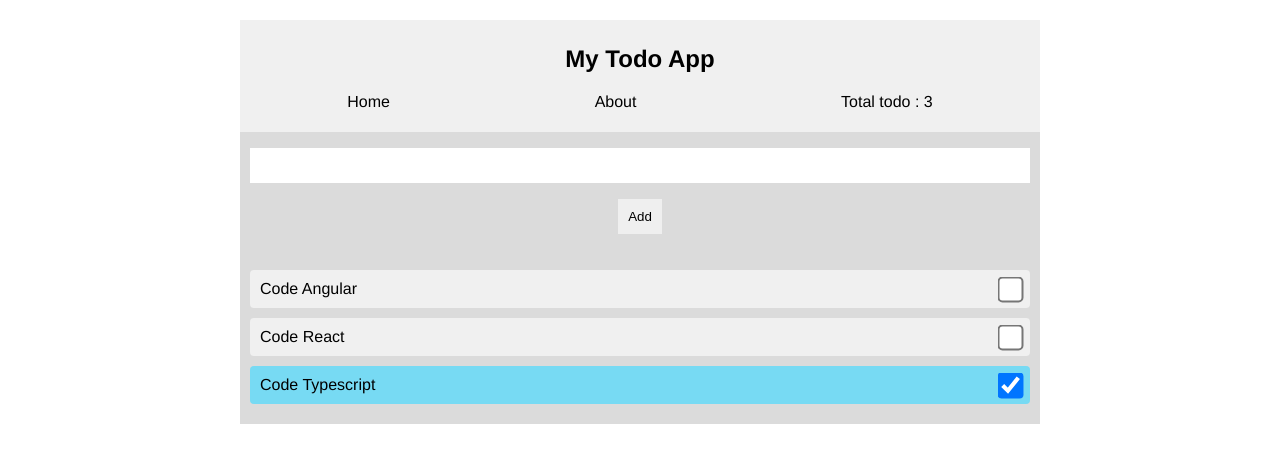
Repository: DTien93/Todo-Typescript
Page: / (app in my-app/)
The author's editor kept a copy of each file at every save. The page is drawn from the files as they stood at one save, then again after a run of saves.
The browser window is 1280 px wide. The pictures show the whole page.
The project was rebuilt for these pictures with package versions that can differ from the ones it lists, and the page was loaded fresh each time. Imported but missing from the stored project, and not drawn on this page: my-app/src/serviceWorker.

Above is the page before, as saved 2021-10-16 22:55:40.

### my-app/src/index.tsx
import React from 'react';
import ReactDOM from 'react-dom';
import './index.css';
import App from './App';
import store from './store'
import { Provider } from 'react-redux';
import * as serviceWorker from './serviceWorker';

ReactDOM.render(
  <React.StrictMode>
    <Provider store={store}>
      <App />
      </Provider>
  </React.StrictMode>,
  document.getElementById('root')
);

// If you want your app to work offline and load faster, you can change
// unregister() to register() below. Note this comes with some pitfalls.
// Learn more about service workers: https://bit.ly/CRA-PWA
serviceWorker.unregister();

### my-app/src/index.css
.App {
  font-family: Avenir, Helvetica, Arial, sans-serif;
  -webkit-font-smoothing: antialiased;
  -moz-osx-font-smoothing: grayscale;
  background: rgb(219, 219, 219);
  margin: 20px auto;
  width: 90%;
  max-width: 800px;
 }

### my-app/src/App.tsx
import React from 'react'
import './App.css'
import './index.css'
import Navbar from './components/Navbar'
import Todos from './components/Todos'
const App = () => {
  return (
    <div className='App'>
      <Navbar />
      <Todos/>
    </div>
  )
}

export default App

### my-app/src/store/index.ts
import { configureStore } from '@reduxjs/toolkit'
import todosReducer  from './reducers/TodoSlice'

// Create store save data
const store = configureStore({
    reducer: {
        todosReducer
    }
})

// Export store
export default  store

### my-app/src/App.css

.todo-list ul {
  padding: 0 10px 10px 10px;
  list-style-type: none;
 }

 .todo-list li {
  padding: 10px;
  cursor: pointer;
  margin: 10px 0;
  border-radius: 4px;
  background: rgb(240, 240, 240);
  color: black;
 }

 .todo-list li input[type='checkbox'] {
  -ms-transform: scale(2); /* IE */
  -moz-transform: scale(2); /* FF */
  -webkit-transform: scale(2); /* Safari and Chrome */
  -o-transform: scale(2); /* Opera */
  transform: scale(2);
  padding: 10px;
  float: right;
 }

 .todo-list li.completed {
  background: rgb(119, 218, 243);
 }

 .todo-list li button {
  float: right;
  margin-right: 20px;
 }

 .todo-list li button:hover {
  cursor: pointer;
  background: red;
  color: white;
 }

 /* Navbar */
 .navbar {
  padding: 5px;
  text-align: center;
  background: rgb(240, 240, 240);
  color: black;
 }

 .navbar ul {
  display: flex;
  justify-content: space-around;
  align-items: center;
  list-style: none;
  padding: 0;
 }

 /* TodoForm */
 form {
  padding: 10px;
 }

 input[type='text'] {
  width: 100%;
  box-sizing: border-box;
  padding: 10px;
  margin: 6px 0;
  border: 0;
 }

 input[type='submit'] {
  margin: 10px auto;
  padding: 10px;
  border: 0;
  display: block;
 }

### my-app/src/components/Navbar.tsx
import React from 'react'
import { todosSelector } from '../store/reducers/TodoSlice'
import { useSelector } from 'react-redux'

const Navbar = () => {
    const todos = useSelector(todosSelector)
    return (
        <div className='navbar'>
            <h2>My Todo App</h2>
            <ul>
                <li>Home</li>
                <li>About</li>
                <li>Total todo : {todos.length}</li>
            </ul>
        </div>
    )
}

export default Navbar

### my-app/src/components/Todos.tsx
import React  from 'react'
import { useSelector, useDispatch } from 'react-redux'
import { todosSelector, markComplete } from '../store/reducers/TodoSlice'
import TodoForm from './TodoForm'

const Todos = () => {
    const dispatch = useDispatch()
    const todos = useSelector(todosSelector)
    const onToggleChange = (todoId: string)  => {
        dispatch(markComplete(todoId))
    }
    return (
        <div className='todo-list'>
            <TodoForm/>
            <ul>
            {
                todos.map((todo: { title: string, id: string, completed: boolean }) => (
                    <li key={todo.id} className={todo.completed ? 'completed' : ''}>
                        {todo.title}
                        <input type="checkbox"
                            checked={todo.completed}
                            onChange = {() => onToggleChange(todo.id)}
                        />
                    </li>
                ))
            }
          </ul>
        </div>
    )
}

export default Todos

### my-app/src/store/reducers/TodoSlice.tsx
import { createSlice, nanoid } from '@reduxjs/toolkit'

interface TodoState {
    allTodos: {} | any | void,
}

const initialState: TodoState = {
    allTodos: [
        {
            id: 1,
            title: 'Code Angular',
            completed: false
        },
        {
            id: 2,
            title: 'Code React',
            completed: false
        },
        {
            id: 3,
            title: 'Code Typescript',
            completed: true
        }
    ]
}

export const todoSlice = createSlice({
    name: 'todos',
    initialState,
    reducers: {
        markComplete(state, action){
            const todoId = action.payload
            state.allTodos = state.allTodos.map((todo: { id: any; completed: boolean }): any => {
                if (todo.id === todoId) todo.completed = !todo.completed
                return todo
            })
       },
        addTodo: {
            reducer(state, action) {
                state.allTodos.unshift(action.payload)
            },
            prepare(title: any): any {
                return  {
                    payload: {
                        id: nanoid(),
                        title,
                        completed: false
                    }
                }
            },
        }
    }
})

// Create Reducer
const todosReducer = todoSlice.reducer

// Selector get data
export const todosSelector = (state: { todosReducer: { allTodos: any } }) => state.todosReducer.allTodos

// Export action
export const { addTodo, markComplete } = todoSlice.actions


// Export reducers
export default todosReducer

### my-app/src/components/TodoForm.tsx
import React, {useState} from 'react'
import { addTodo } from '../store/reducers/TodoSlice'
// Dispatch action
import { useDispatch } from 'react-redux'


const TodoForm = () => {
    const dispatch = useDispatch()
    const [title, setTitle] = useState('')

    const onChangeTitle = (e: any) => {
        setTitle(e.target.value)
    }

    const onHandleSubmit= (e:any) => {
        e.preventDefault()
        dispatch(addTodo(title))
        setTitle('')
    }

    return (
        <div>
            <form onSubmit={onHandleSubmit}>
                <input type="text" value={title} onChange = {onChangeTitle} />
                <input type="submit" value="Add" />
            </form>
        </div>
    )
}

export default TodoForm

After the next 2 saves:
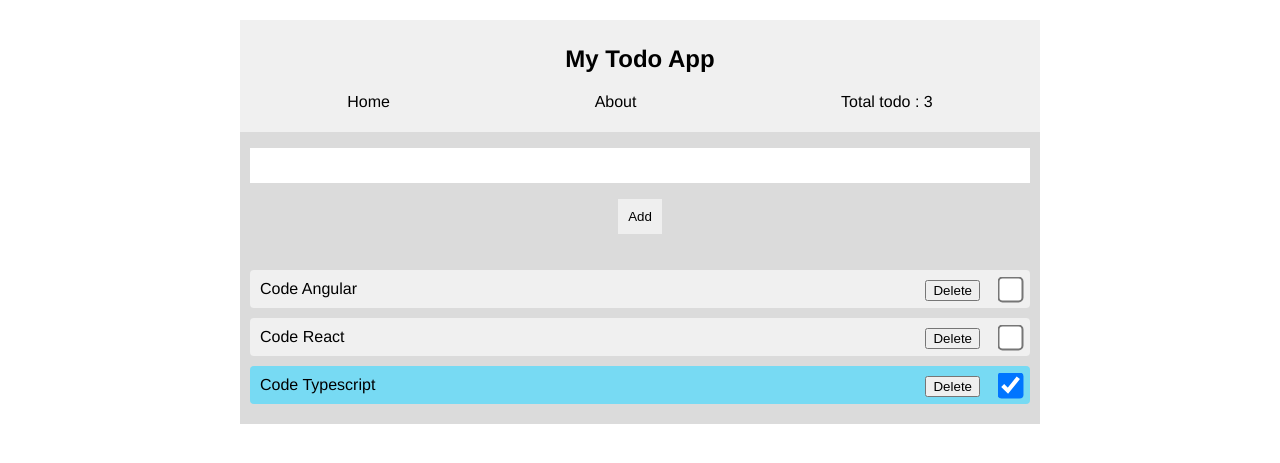
The 2 saves are shown as one change because they came seconds apart.
The last was saved 18 s later.
--- a/my-app/src/components/Todos.tsx
+++ b/my-app/src/components/Todos.tsx
@@ -21,6 +21,7 @@ const Todos = () => {
                             checked={todo.completed}
                             onChange = {() => onToggleChange(todo.id)}
                         />
+                        <button>Delete</button>
                     </li>
                 ))
             }
